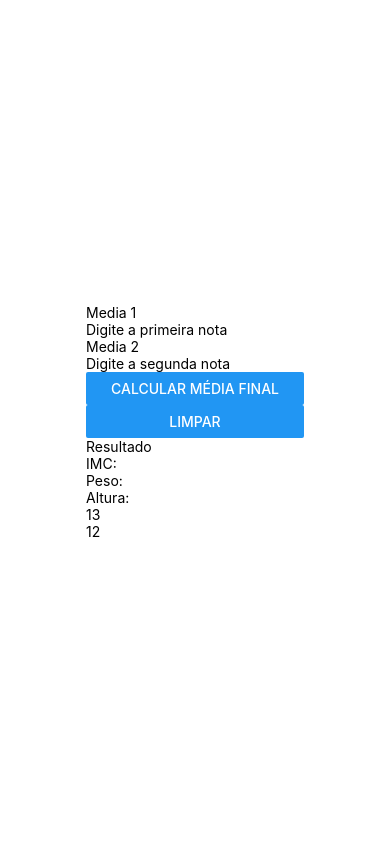
Repository: brksaian/Desenvolvimento_Mobile
Screen: / (app in Trabalhos/calculadoraMedia/)
The author's editor kept a copy of each file at every save. The screen is drawn from the files as they stood at one save, then again after the next save.
The app was drawn by React Native's web renderer in a window 390 px wide. The project was rebuilt for these pictures with package versions that can differ from the ones it lists, and the page was loaded fresh each time. Some packages were replaced by stand-ins written for this rebuild.

Above is the screen before, as saved 2023-08-20 19:08:56.

### Trabalhos/calculadoraMedia/App.js
import { StatusBar } from "expo-status-bar";
import React from "react";
import { StyleSheet, Text, View } from "react-native";
import Main from "./src/components/main";

export default function App() {
  return (
    <View style={styles.container}>
      <Main />
      <StatusBar style="auto" />
    </View>
  );
}

const styles = StyleSheet.create({
  container: {
    flex: 1,
    backgroundColor: "#fff",
    alignItems: "center",
    justifyContent: "center",
  },
});

### Trabalhos/calculadoraMedia/src/components/main/index.js
import React from "react";
import { View } from "react-native";
import Form from "../title";
import ResultMedia from "../result";

export default function Main() {
  return (
    <View>
      <Form />
      <ResultMedia messageResultImc={12} resultImc={13} />
    </View>
  );
}

### Trabalhos/calculadoraMedia/src/components/title/index.js
import React, { useState } from "react";
import { View, Text, TextInput, Button } from "react-native";

import ResultMedia, { CalcularMedia } from "../result";

export default function Form() {
  const [media1, setMedia1] = useState(null);
  const [media2, setMedia2] = useState(null);

  return (
    //conteudo do formulario
    <View>
      <Text>Media 1</Text>
      <TextInput
        placeholder="Digite a primeira nota"
        value={media1}
        onChange={setMedia1}
        keyboardType="numeric"
      />
      <Text>Media 2</Text>
      <TextInput
        placeholder="Digite a segunda nota"
        value={media2}
        onChange={setMedia2}
        keyboardType="numeric"
      />

      <Button
        title="Calcular Média final"
        onPress={(media1, media2) => CalcularMedia(media1, media2)}
      />
      <Button title="Limpar" />

      <Text>Resultado</Text>
      <Text>IMC: </Text>
      <Text>Peso: </Text>
      <Text>Altura: </Text>
    </View>
  );
}

### Trabalhos/calculadoraMedia/src/components/result/index.js
import React, { useState } from "react";
import { View, Text, TextInput, Button } from "react-native";

export default function ResultMedia(props) {
  function CalcularMedia(media1, media2) {
    alert((media1 + media2) / 2);
  }

  return (
    <View>
      <Text>{props.resultImc}</Text>
      <Text>{props.messageResultImc}</Text>
    </View>
  );
}

export function CalcularMedia(media1, media2) {
  return (media1 + media2) / 2;
}

Loaded but not shown: Trabalhos/calculadoraMedia/index.js (common file)

After the next save:
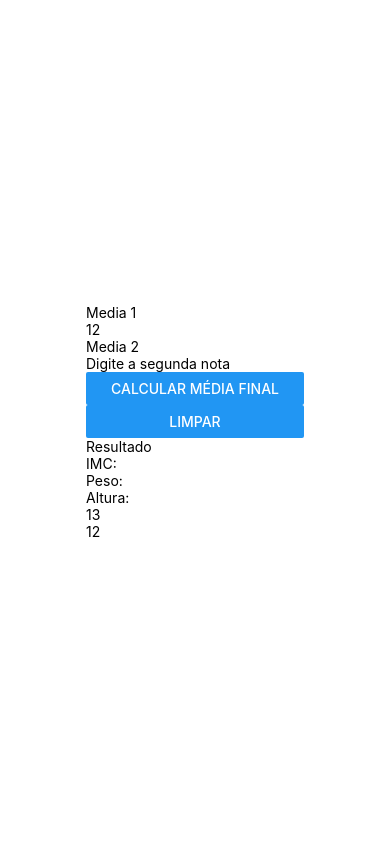
Saved 49 s later.
--- a/Trabalhos/calculadoraMedia/src/components/title/index.js
+++ b/Trabalhos/calculadoraMedia/src/components/title/index.js
@@ -4,7 +4,7 @@ import { View, Text, TextInput, Button } from "react-native";
 import ResultMedia, { CalcularMedia } from "../result";
 
 export default function Form() {
-  const [media1, setMedia1] = useState(null);
+  const [media1, setMedia1] = useState(12);
   const [media2, setMedia2] = useState(null);
 
   return (
